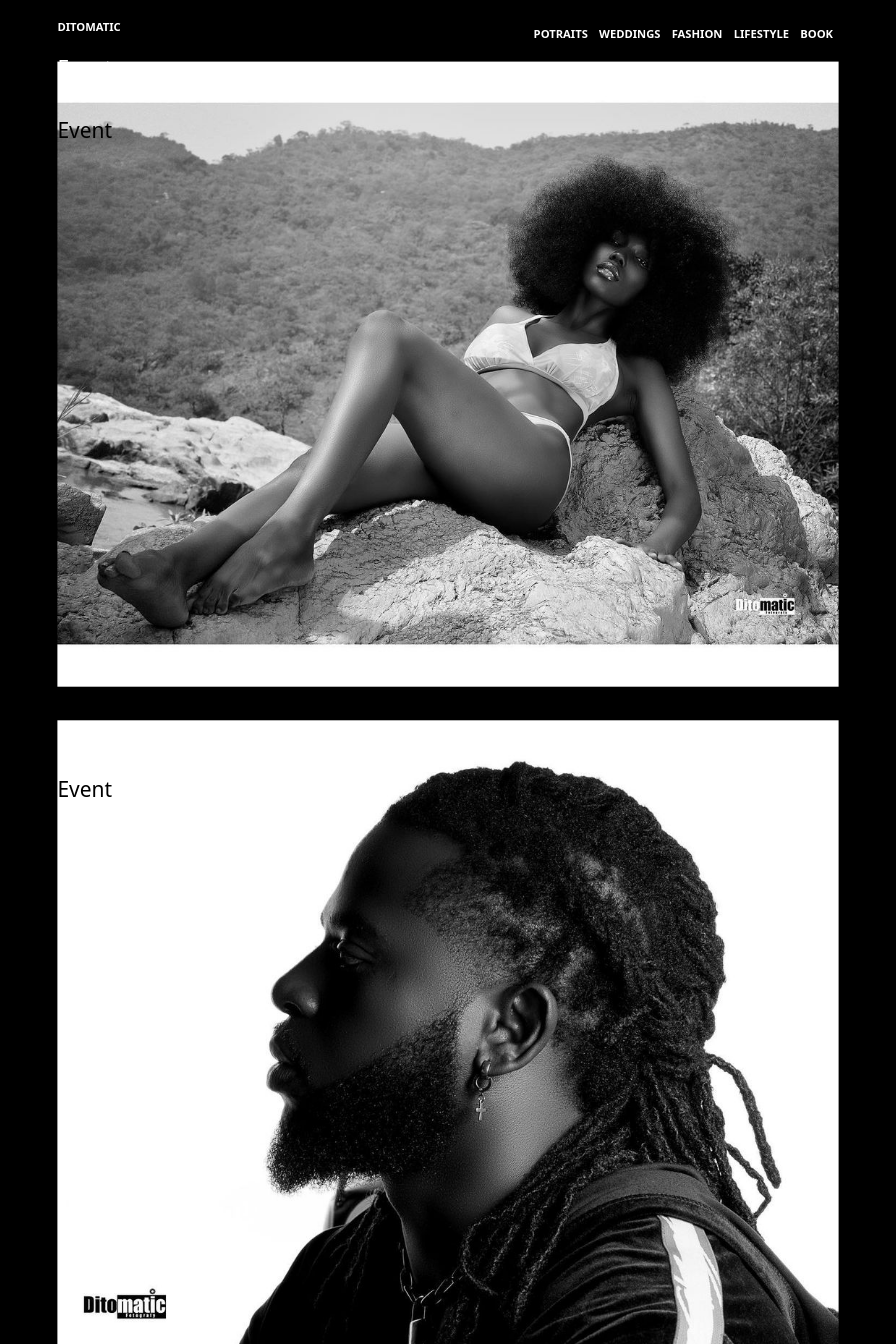
Repository: latenightsnacc/Ditomatic-Demo
Page: index3.html
The author's editor kept a copy of each file at every save. The page is drawn from the files as they stood at one save, then again after the next save.
The browser window is 1280 px wide. The pictures show the part of the page from y = 0 to 1920 px (the page is 2714 px tall), at 70% of full size.
Some web libraries are served in a nearby version.

Above is the page before, as saved 2021-02-23 19:14:21.
Console error: TypeError: Cannot read properties of null (reading 'addEventListener')

### index3.html
<!DOCTYPE html>
<html lang="en">
<head>
    <meta charset="UTF-8">
    <meta name="viewport" content="width=device-width, initial-scale=1.0">
    <!--Tailwind 2.0.2-->
    <link href="https://cdnjs.cloudflare.com/ajax/libs/tailwindcss/2.0.2/tailwind.min.css" rel="stylesheet">
    <!--Font Awesome 5.15.1-->
    <link rel="stylesheet" href="https://cdnjs.cloudflare.com/ajax/libs/font-awesome/5.15.1/css/all.min.css" integrity="sha512-+4zCK9k+qNFUR5X+cKL9EIR+ZOhtIloNl9GIKS57V1MyNsYpYcUrUeQc9vNfzsWfV28IaLL3i96P9sdNyeRssA==" crossorigin="anonymous" />
    <!-- Bootstrap 5.0.0 Beta-->
    <link href="https://cdn.jsdelivr.net/npm/bootstrap@5.0.0-beta1/dist/css/bootstrap.min.css" rel="stylesheet" integrity="sha384-giJF6kkoqNQ00vy+HMDP7azOuL0xtbfIcaT9wjKHr8RbDVddVHyTfAAsrekwKmP1" crossorigin="anonymous" />
    <!-- UIkit CSS -->
    <link rel="stylesheet" href="https://cdn.jsdelivr.net/npm/uikit@3.6.9/dist/css/uikit.min.css" />
    <link rel="stylesheet" href="stylesheet.css">
    <!--Page Title-->
    <title>Ditomatic Fotografy</title>
</head>
<body class="bg-black overflow-x-hidden">
    <!--Header-->
    <header>
        <nav class="navbar navbar-expand-lg navbar-light bg-black fixed-top mb-44">
            <div class="container">
                <a class="font-bold text-base uppercase text-white" href="#">
                    DITOMATIC
                    <!-- <img src="assets/Logos/TRY-Logo.png" alt="" width="150px" > -->
                </a>
                <ul class="navbar-nav ml-auto ">
                    <li class="nav-item">
                        <a class="nav-link font-bold text-base uppercase text-white" href="#potraits">potraits</a>
                    </li>
                    <li class="nav-item">
                        <a class="nav-link font-bold text-base uppercase text-white" href="#">weddings</a>
                    </li>
                    <li class="nav-item">
                        <a class="nav-link font-bold text-base uppercase text-white" href="#">fashion</a>
                    </li>
                    <li class="nav-item">
                        <a class="nav-link font-bold text-base uppercase text-white" href="#">lifestyle</a>
                    </li>
                    <li class="nav-item">
                        <a class="nav-link font-bold text-base uppercase text-white" href="#">book</a>
                    </li>
                </ul>
            </div>
        </nav>
    </header>
    <!--End of Header-->
    <main class="bg-transparent">
        <!--Fashion-->
        <section class="">
            <div class="container">
                <div class="relative">
                    <h2 class="uppercase text-4xl text-center text-white">portraits</h2>

                    <div class="absolute top-20 left-0">
                        <div class="text-white text-3xl ">Event</div>
                    </div>
                </div>
            </div>
        </section>
        <!--End of Fashion-->
        <div class="my-5"></div>



        <!--Lifestyle-->
        <section class="">
            <div class="container">
                <div class="relative">
                    <img src="images/Biki.jpg" alt="" width="100%">

                    <div class="absolute top-20 left-0">
                        <div class="text-black text-3xl hover:font-black">Event</div>
                    </div>
                </div>
            </div>
        </section>
        <!--End of Lifestyle-->
        <div class="my-5"></div>
        <!--Fashion-->
        <section class="">
            <div class="container">
                <div class="relative">
                    <img src="images/sideMan.jpg" alt="" width="100%">

                    <div class="absolute top-20 left-0">
                        <div class="text-black text-3xl hover:font-black">Event</div>
                    </div>
                </div>
            </div>
        </section>
        <!--End of Fashion-->
        <div class="my-5"></div>
        <!--Event-->
        <section class="">
            <div class="container">
                <div class="relative">
                    <img src="images/TLFC-ConvertImage.jpg" alt="" width="100%">

                    <div class="absolute top-20 left-0">
                        <div class="text-black text-3xl hover:font-black">Event</div>
                    </div>
                </div>
            </div>
        </section>
        <!--End of Event-->



    </main>
<!-- UIkit JS -->
<script src="main.js"></script>
<script src="https://cdn.jsdelivr.net/npm/uikit@3.6.9/dist/js/uikit.min.js"></script>

<!--BOOTSTRAP CDN-->
<script src="https://cdn.jsdelivr.net/npm/bootstrap@5.0.0-beta1/dist/js/bootstrap.bundle.min.js" integrity="sha384-ygbV9kiqUc6oa4msXn9868pTtWMgiQaeYH7/t7LECLbyPA2x65Kgf80OJFdroafW" crossorigin="anonymous"></script>

</body>
</html>

### stylesheet.css
.d-none, #eventSet {
    display: none;
}

### main.js
let lifeStlyeSet = document.getElementById('lifestyleSet');
let eventSet = document.getElementById('eventSet');


document.getElementById('lifestyleBtn').addEventListener('click', function() {
    if(lifeStlyeSet.style.display === 'none') {
        lifeStlyeSet.style.display = 'block';
    } else {
        lifeStlyeSet.style.display = 'none';
    }
    }
)
document.getElementById('eventBtn').addEventListener('click', function() {
    if(eventSet.style.display === 'none') {
        eventSet.style.display = 'block';
    } else {
        eventSet.style.display = 'none';
    }
    }
)

After the next save:
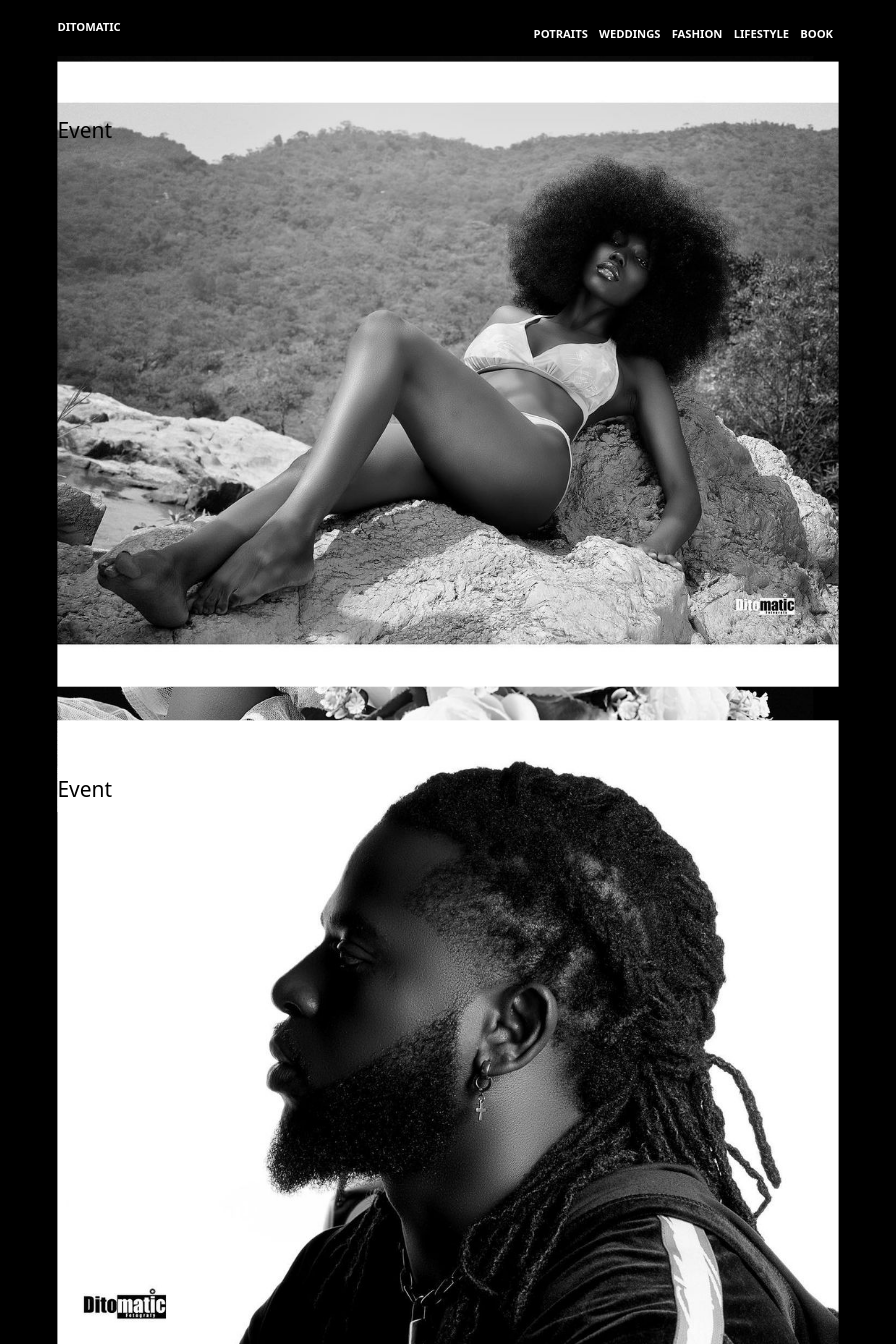
Saved 5 min 27 s later.
--- a/index3.html
+++ b/index3.html
@@ -53,7 +53,7 @@
                     <h2 class="uppercase text-4xl text-center text-white">portraits</h2>
 
                     <div class="absolute top-20 left-0">
-                        <div class="text-white text-3xl ">Event</div>
+                        <img src="images/babyG.jpg">
                     </div>
                 </div>
             </div>
